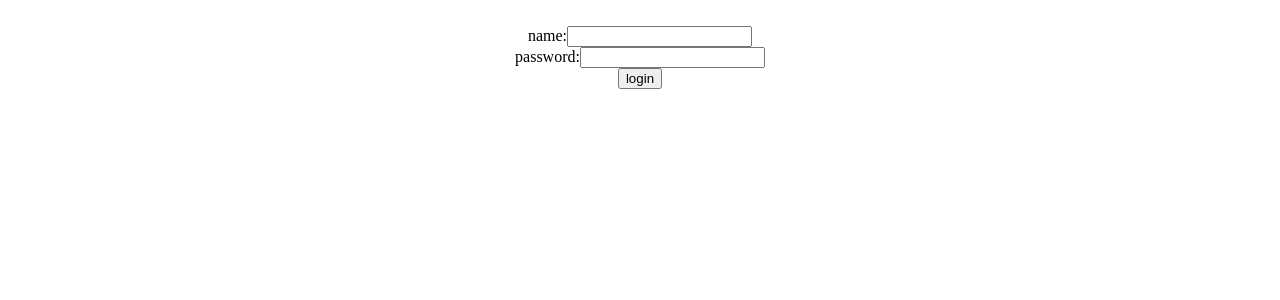
Repository: aoaoYang/AndroidServer
Page: http://localhost/AndroidServer/
The author's editor kept a copy of each file at every save. The page is drawn from the files as they stood at one save, then again after the next save.
The browser window is 1280 px wide. The pictures show the whole page.
The page is served by Tomcat 9.

Above is the page before, as saved 2020-02-27 04:56:54.

After the next save:
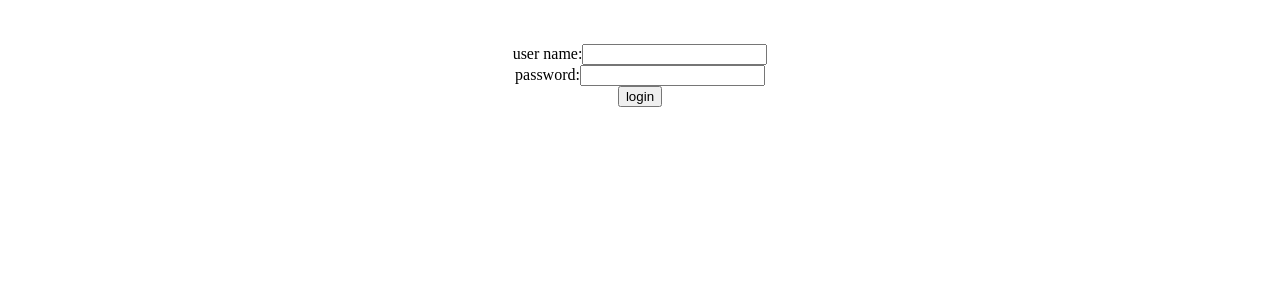
Saved 41 s later.
--- a/Documents/workspace/AndroidServer/WebContent/index.jsp
+++ b/Documents/workspace/AndroidServer/WebContent/index.jsp
@@ -8,7 +8,7 @@
 </head>
 <body>
 <form action="mustLogin" method="post">
-<center><br> name:<input type="text" name="id"> <br></center>
+<center><br> <br>user name:<input type="text" name="id"> <br></center>
 <center> password:<input type="text" name="passwd"> </center>
 <center> <input type="submit" value="login"> </center>
 </form>
